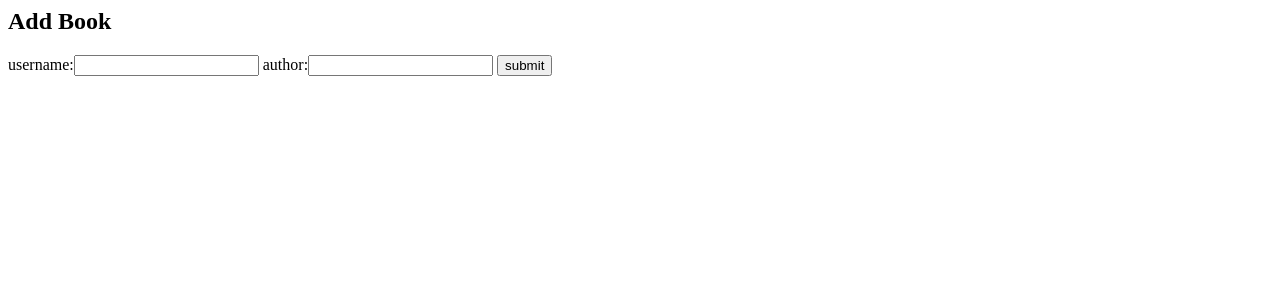
Repository: figo645/NewGenerationOA
Page: http://localhost/mavenweb/users/update.jsp
These files come from the project's save history. The page is drawn as it stood at one moment and after the next save; the edit follows.
The browser window is 1280 px wide. The pictures show the whole page.
The page is served by Tomcat 9. Nobody is signed in. The application's start-up code is not run. Other server files are loaded and not shown.

Above is the page before, as saved 2015-09-22 04:48:31.

### 3.implementtation/prototype_ws/mavenweb/src/main/webapp/users/update.jsp
<html>
<body>
	<h2>Add Book</h2>
	<form method="post"
		action="<%=request.getContextPath()%>/contact/add">
		username:<input type="text" name="name" id="name"> author:<input
			type="text" name="author" id="author"> <input type="submit"
			value="submit">
	</form>
</body>
</html>

After the next save:
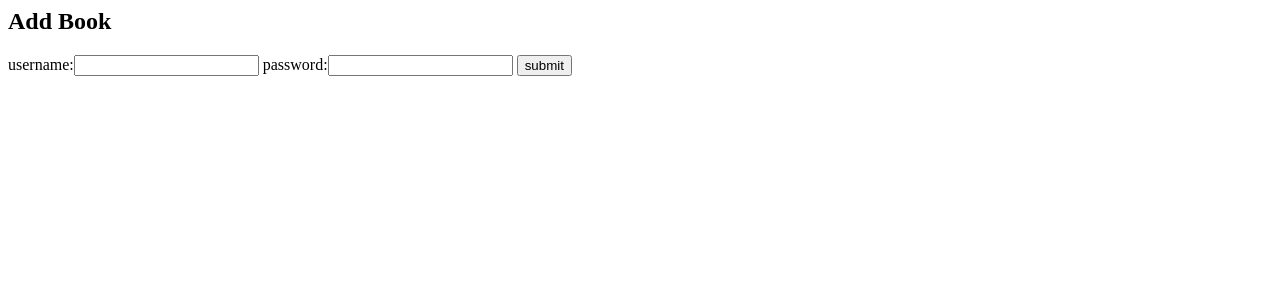
Saved 3 s later.
--- a/3.implementtation/prototype_ws/mavenweb/src/main/webapp/users/update.jsp
+++ b/3.implementtation/prototype_ws/mavenweb/src/main/webapp/users/update.jsp
@@ -3,7 +3,7 @@
 	<h2>Add Book</h2>
 	<form method="post"
 		action="<%=request.getContextPath()%>/contact/add">
-		username:<input type="text" name="name" id="name"> author:<input
+		username:<input type="text" name="name" id="name"> password:<input
 			type="text" name="author" id="author"> <input type="submit"
 			value="submit">
 	</form>
